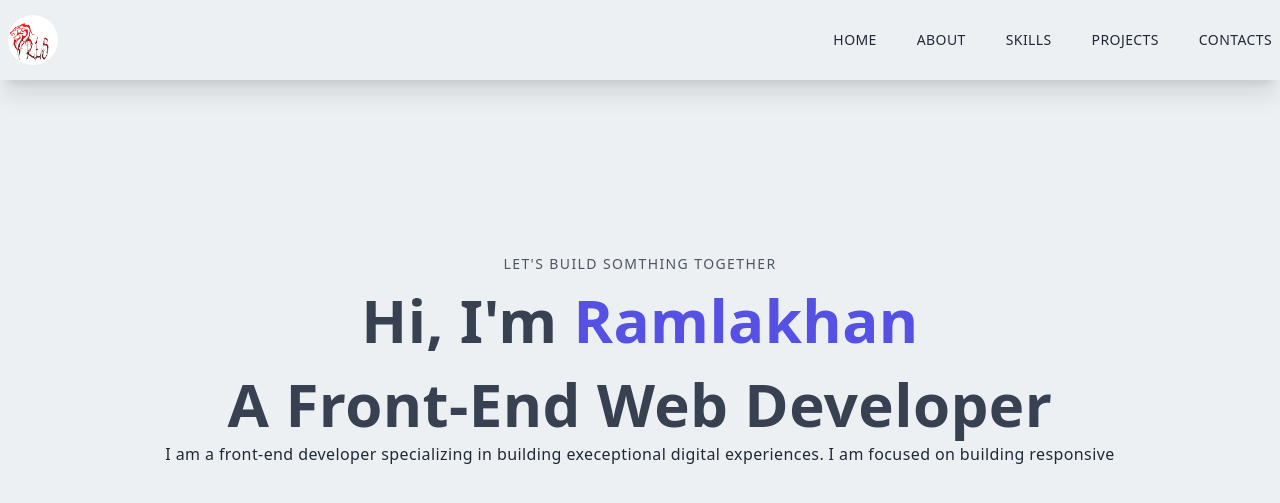
Repository: ram2642/portfolio-using-next-js
Page: /
These files come from the project's save history. The page is drawn as it stood at one moment and after a run of saves; the edit follows.
The browser window is 1280 px wide. The pictures show the whole page.
The project was rebuilt for these pictures with package versions that can differ from the ones it lists, and the page was loaded fresh each time. The framework's server and built-in components were replaced by stand-ins that run in the browser. Also part of the build but not shown: next.config.js.

Above is the page before, as saved 2022-09-04 01:56:01.

### pages/index.js
// import { Main } from 'next/document'
import Head from 'next/head'
import Image from 'next/image'
import Main from '../components/Main'
import Navbar from '../components/Navbar'


export default function Home() {
  return (
    <div className="">
      <Head>
        <title>Ramlakhan | Front-End Developer</title>
        <meta name="description" content="Generated by create next app" />
        <link rel="icon" href="/favicon.ico" />
      </Head>
      <Navbar/>
      <Main/>

    </div>
  )
}

### styles/globals.css
@tailwind base;
@tailwind components;
@tailwind utilities;


@layer base {
  body {
    @apply bg-[#ecf0f3] text-[#1f2937] tracking-wide
  }
  h1, h2, h3, h4, h5, h6 {
    @apply font-bold;
  }
  h1 {
    @apply text-4xl sm:text-5xl md:text-6xl;
  }
  h2 {
    @apply text-3xl sm:text-4xl;
  }
  li {
    @apply cursor-pointer;
  }
  button {
    @apply shadow-xl shadow-gray-400 rounded-xl uppercase bg-gradient-to-r from-[#5651e5] to-[#709dff] text-white
  }
  }

### components/Main.jsx
import React from 'react'

const Main = () => {
  return (
    <div className='w-full h-screen text-center'>
   <div className='max-w-[1240px] w-full h-full mx-auto p-2 flex justify-center items-center'>
    <div>
      <p className='uppercase text-sm tracking-widest text-gray-600'>Let's build somthing together</p>
      <h1 className='py-4 text-gray-700'>
        Hi, I'm <span className='text-[#5651e5]'> Ramlakhan</span>
      </h1>
      <h1 className='py-2 text-gray-700'>
        A Front-End Web Developer
      </h1>
      <p>
        I am a front-end developer specializing in building execeptional digital experiences. I am focused on building responsive
      </p>
    </div>

   </div>
    </div>
  )
}

export default Main

### components/Navbar.jsx
import Image from "next/image";
import React, { useState } from "react";
import Link from "next/link";
import { AiOutlineClose, AiOutlineMenu, AiOutlineMail } from "react-icons/ai";
import { FaLinkedinIn, FaGithub } from "react-icons/fa";
import { BsFillPersonLinesFill } from "react-icons/bs";

const Navbar = () => {
  const [nav, setNav] = useState(false);

  const handleNav = () => {
    setNav(!nav);
  };
  return (
    <div className="fixed w-full h-20 shadow-xl z-[100]">
      <div className="flex justify-between items-center w-full h-full px-2 2xl:px-16">
        <Image
          className="rounded-full cursor-pointer"
          src="data:[embedded picture, 6010 characters]"
          alt=""
          width="50"
          height="50"
        />
        <div>
          <ul className="hidden md:flex">
            <Link href="/">
              <li className="ml-10 text-sm uppercase hover:border-b">Home</li>
            </Link>
            <Link href="/">
              <li className="ml-10 text-sm uppercase hover:border-b">About</li>
            </Link>
            <Link href="/">
              <li className="ml-10 text-sm uppercase hover:border-b">Skills</li>
            </Link>
            <Link href="/">
              <li className="ml-10 text-sm uppercase hover:border-b">
                Projects
              </li>
            </Link>
            <Link href="/">
              <li className="ml-10 text-sm uppercase hover:border-b">
                Contacts
              </li>
            </Link>
          </ul>
          <div onClick={handleNav} className="md:hidden cursor-pointer">
            <AiOutlineMenu size={25} />
          </div>
        </div>
      </div>
      <div className={nav ? 'md:hidden fixed left-0 top-0 w-full h-screen bg-black/70' : ''}>
        <div className={nav ? "fixed left-0 top-0 w-[75%] sm:w-[60%] md:w-[45%] h-screen bg-[#ecf0f3] p-10 ease-in duration-500" : "fixed left-[-100%] top-0  p-10 ease-in duration-500"}>
          <div>
            <div className="flex w-full items-center justify-between">
              <Image
                className="rounded-full cursor-pointer"
                src="data:[embedded picture, 6010 characters]"
                alt=""
                width="50"
                height="50"
              />
              <div onClick={handleNav} className="rounded-full shadow-lg shadow-gray-400 p-3 cursor-pointer">
                <AiOutlineClose />
              </div>
            </div>
            <div className="border-b border-gray-300 my-4">
              <p className="w-[85%] md:w-[905] PY-4">
                Let's builds something legendary together
              </p>
            </div>
          </div>
          <div className="py-4 flex flex-col">
            <ul className="uppercase">
              <Link href="/">
                <li className="py-4 text-sm">Home</li>
              </Link>
              <Link href="/">
                <li className="py-4 text-sm">About</li>
              </Link>
              <Link href="/">
                <li className="py-4 text-sm">Skills</li>
              </Link>
              <Link href="/">
                <li className="py-4 text-sm">Projects</li>
              </Link>
              <Link href="/">
                <li className="py-4 text-sm">Contacts</li>
              </Link>
            </ul>
            <div className="pt-40">
              <p className="uppercase tracking-widest text-[#5651e5]">
                Let's Connect
              </p>
              <div className="flex items-center justify-between my-4 w-full sm:w-[80%]">
                <div className="rounded-full shadow-lg shadow-gray-400 p-3 cursor-pointer hover:scale-105 ease-in duration-300">
                  <FaLinkedinIn />
                </div>
                <div className="rounded-full shadow-lg shadow-gray-400 p-3 cursor-pointer hover:scale-105 ease-in duration-300">
                  <FaGithub />
                </div>
                <div className="rounded-full shadow-lg shadow-gray-400 p-3 cursor-pointer hover:scale-105 ease-in duration-300">
                  <AiOutlineMail />
                </div>
                <div className="rounded-full shadow-lg shadow-gray-400 p-3 cursor-pointer hover:scale-105 ease-in duration-300">
                  <BsFillPersonLinesFill />
                </div>
              </div>
            </div>
          </div>
        </div>
      </div>
    </div>
  );
};

export default Navbar;

Loaded but not shown: pages/_app.js (common file); tailwind.config.js (common file)

After the next 2 saves:
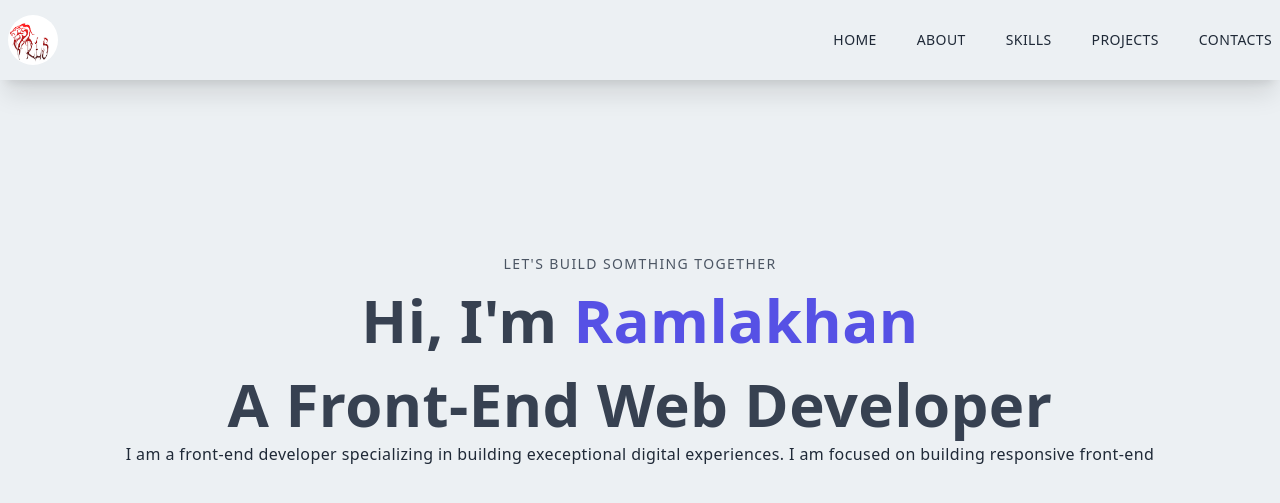
The 2 saves are shown as one change because they came seconds apart.
The last was saved 7 s later.
--- a/components/Main.jsx
+++ b/components/Main.jsx
@@ -13,7 +13,7 @@ const Main = () => {
         A Front-End Web Developer
       </h1>
       <p>
-        I am a front-end developer specializing in building execeptional digital experiences. I am focused on building responsive
+        I am a front-end developer specializing in building execeptional digital experiences. I am focused on building responsive front-end
       </p>
     </div>
 
